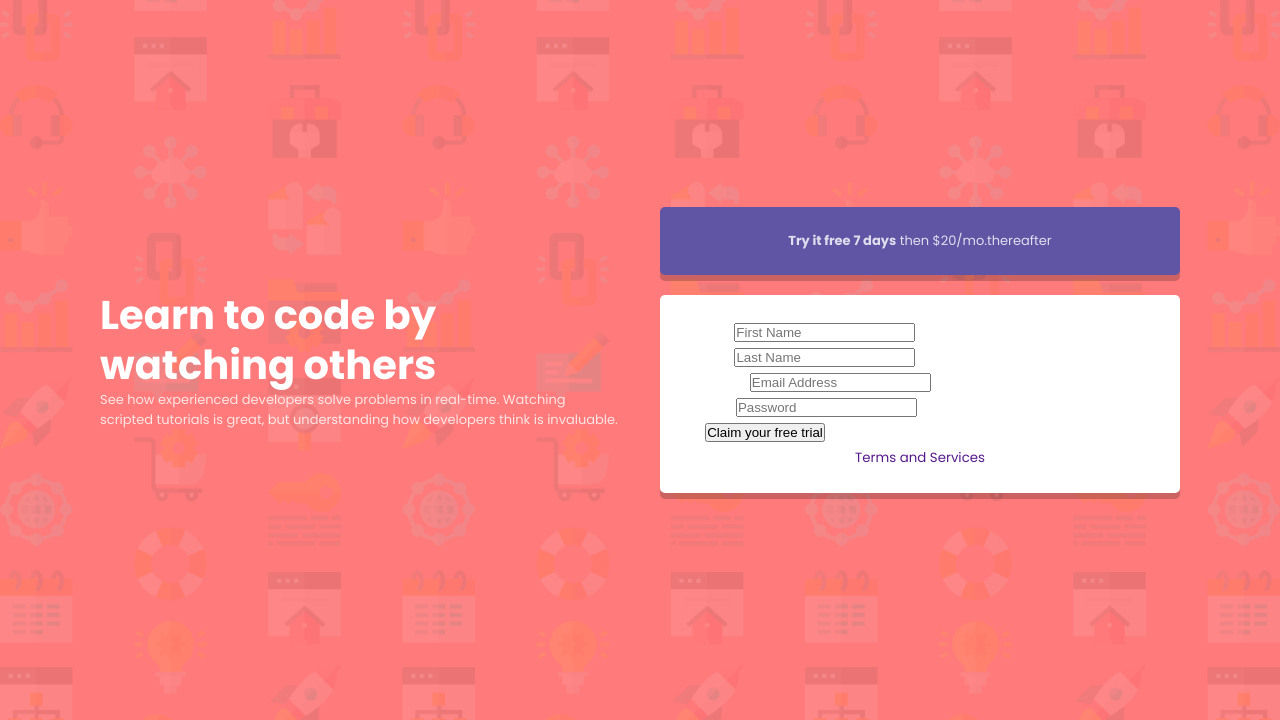
Repository: Akashiii1/WebSignup_Form_Day2
Page: index.html
An editor plug-in stored every save of this project. The page is shown before and after a run of saves, followed by the edit.
The browser window is 1280 px wide. The pictures show the whole page.

Above is the page before, as saved 2021-12-19 16:56:30.

### index.html
<!DOCTYPE html>
<html lang="en">
  <head>
    <meta charset="UTF-8" />
    <meta name="viewport" content="width=device-width, initial-scale=1.0" />
    <!-- displays site properly based on user's device -->

    <link
      rel="icon"
      type="image/png"
      sizes="32x32"
      href="./images/favicon-32x32.png"
    />

    <title>Frontend Mentor | Intro component with sign up form</title>

    <!-- Feel free to remove these styles or customise in your own stylesheet 👍 -->
    <link rel="stylesheet" href="style.css" />
    <style>
      .attribution {
        font-size: 11px;
        text-align: center;
      }

      .attribution a {
        color: hsl(228, 45%, 44%);
      }
    </style>
  </head>

  <body>
    <!--




  First Name
  Last Name
  Email Address
  Password



   -->
    <div class="container">
      <div>
        <h1>Learn to code by watching others</h1>
        <p>
          See how experienced developers solve problems in real-time. Watching
          scripted tutorials is great, but understanding how developers think is
          invaluable.
        </p>
      </div>
      <div>
        <div class="box box-blue">
          <p><strong> Try it free 7 days</strong> then $20/mo.thereafter</p>
        </div>
        <form action="" class="box">
          <div class="form-control">
            <input type="text" id="firstName" placeholder="First Name"/>
            <small>FirstName cannot be empty</small>
          </div>
          <div class="form-control">
            <input type="text" id="lastName" placeholder="Last Name"/>
            <small>LastName cannot be empty</small>
          </div>
          <div class="form-control">
            <input type="email" id="email" placeholder="Email Address"/>
            <small> Email cannot be empty </small>
            <!-- <small> Email is not valid</small> -->

          </div>
          <div class="form-control">
            <input type="password" id="passWord" placeholder="Password"/>
            <small> Password cannot be empty </small>
          </div>
          <button>Claim your free trial</button>
          <small
            >By clicking the button, you are agreeing to our
            <a href="">Terms and Services</a></small
          >
        </form>
      </div>
    </div>
    <!-- <footer>
      <p class="attribution">
        Challenge by
        <a href="https://www.frontendmentor.io?ref=challenge" target="_blank"
          >Frontend Mentor</a
        >. Coded by <a href="#">Your Name Here</a>.
      </p>
    </footer> -->
    <script src="app.js"></script>
  </body>
</html>

### style.css
@import url('https://fonts.googleapis.com/css2?family=Poppins:wght@400;500;600;700&display=swap');
html {
box-sizing: border-box;
font-size: 100%;
}
*{
margin: 0;
padding: 0;
}
*,*:before,*:after {
box-sizing: border-box;
}
input,
textarea,
select,
button{
outline: none;
}
input{
line-height: normal;
}
label,
button{
cursor: pointer;
}
a {
text-decoration: none;
}
img {
display: block;
max-width: 100%;
}
body{
  font-family: 'Poppins', sans-serif;
  background-image: url(images/bg-intro-desktop.png);
  background-size: cover;
  background-color: hsl(0, 100%, 74%) ;
  color: #fff;
  display: flex;
  justify-content: center;
  align-items: center;
}
.container{
  display: flex;
  flex-wrap: wrap;
  max-width: 1200px;
  padding: 40px;
  justify-content: center;
  align-items: center;
  min-height: 100vh;
}
.container > div{
  flex: 1;
  padding: 0 20px;
}
.container h1{
  font-size: 40px;
  line-height: 50px;
}
.container p{
  opacity: 0.8;
  font-size: 13px;
}
.box{
  box-shadow: 0 6px rgba(0,0,0,.2);
  background-color: #fff;
  border-radius: 5px;
  margin-bottom: 20px;
  padding: 24px;
  text-align: center;
}
.box-blue{
  background-color: hsl(248, 32%, 49%) ;
}
.box p{

}

Loaded but not shown: app.js (no stored copy; drawn as an empty file)

After the next 2 saves:
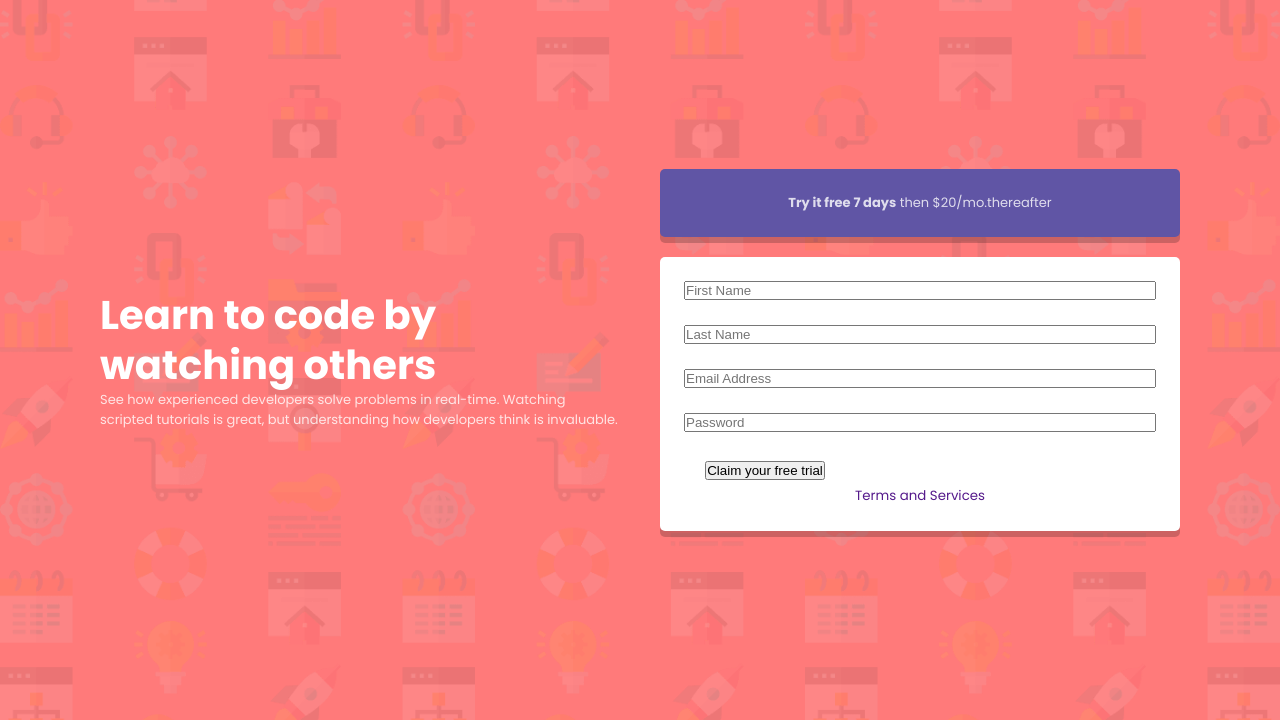
The 2 saves are shown as one change because they came seconds apart.
The last was saved 26 s later.
--- a/style.css
+++ b/style.css
@@ -75,3 +75,7 @@ body{
 .box p{
 
 }
+input{
+  display: block;
+  width: 100%;
+}
